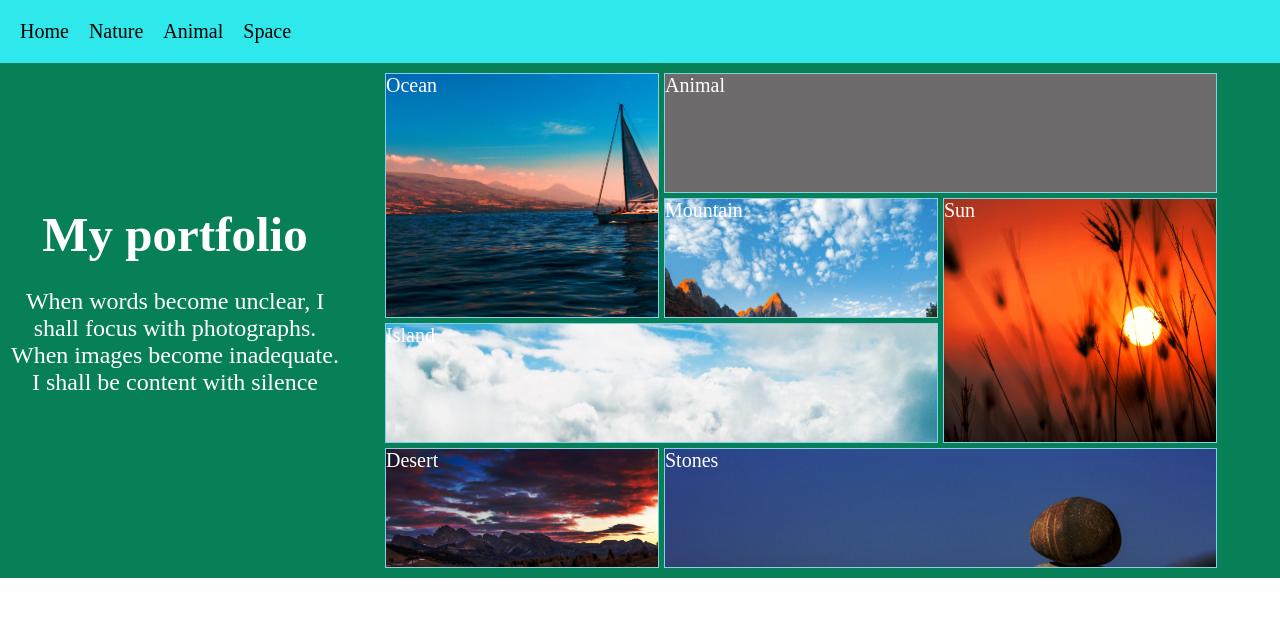
Repository: suraj-yadav7/03_Gallery_Portfolio
Page: index.html
These files come from the project's save history. The page is drawn as it stood at one moment and after the next save; the edit follows.
The browser window is 1280 px wide. The pictures show the whole page.
Pictures or frames that could not be fetched are drawn as grey boxes. Some web fonts or font styles are not loaded; a fallback is used.

Above is the page before, as saved 2022-12-07 17:01:38.

After the next save:
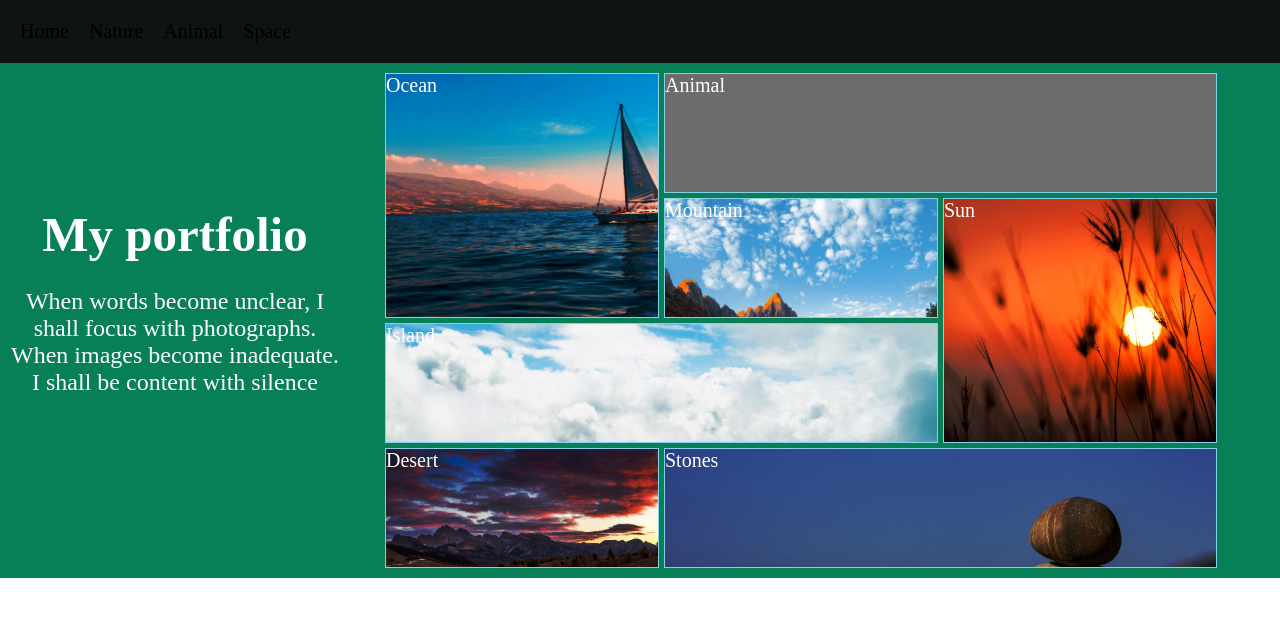
Saved 69 days later.
--- a/style.css
+++ b/style.css
@@ -33,7 +33,7 @@ a{
 
 /* Nav section */
 .nav-container{
-    background-color: rgb(46, 232, 236);
+    background-color: rgb(14, 20, 20);
     padding: var(--padding-inline-section);
     font-family: 'Bodoni Moda', serif;
     font-size: 20px;
